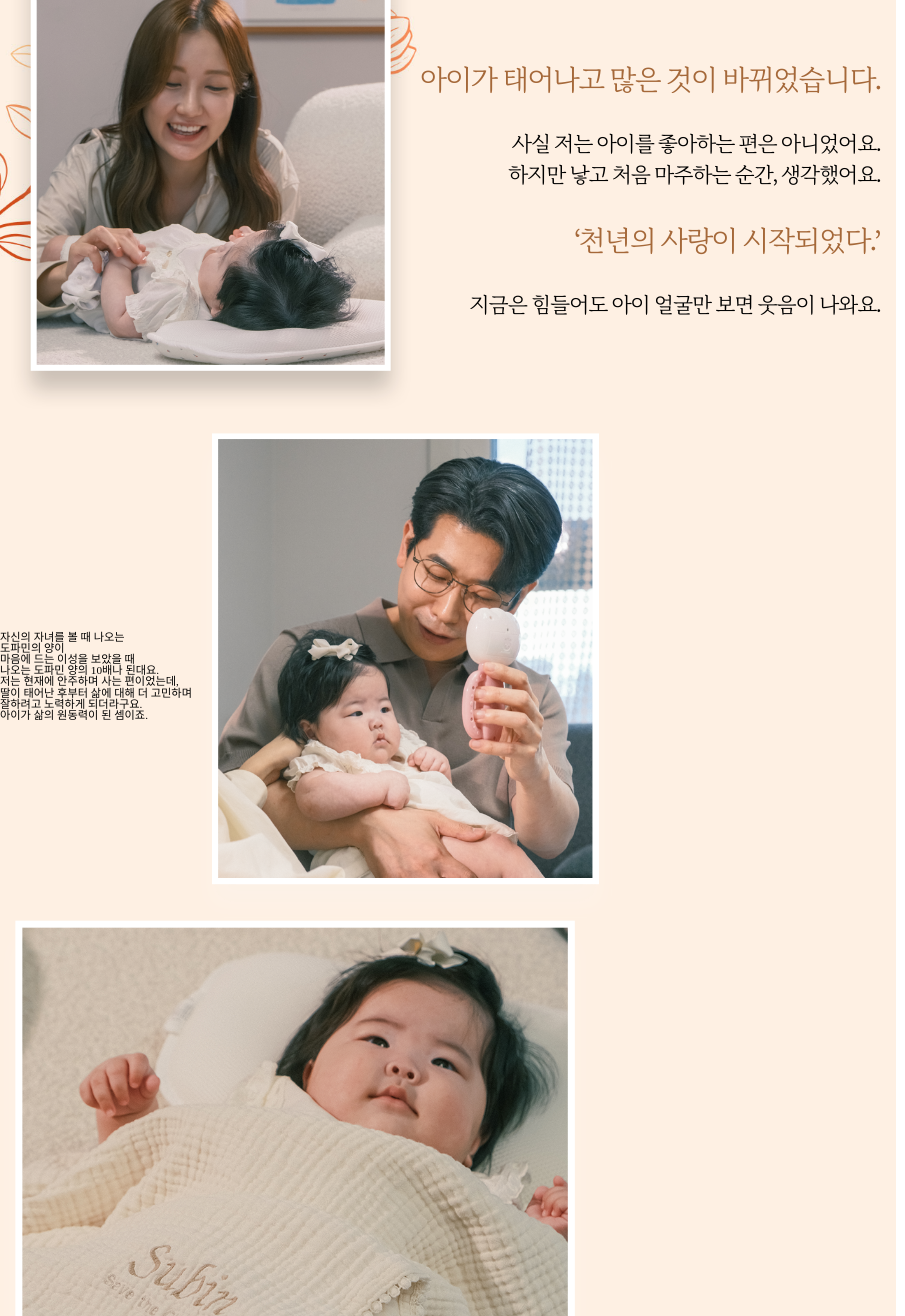
Repository: dlgywls1130/saveTheChildren
Page: index.html
An editor plug-in stored every save of this project. The page is shown before and after the next save, followed by the edit.
The browser window is 1280 px wide. The page is 1293 px wide, so the pictures cover 1293 px, including what lies to the right of the window. The pictures show the part of the page from y = 3233 to 5113 px (the page is 10384 px tall), at 70% of full size.
Some web fonts or font styles are not loaded; a fallback is used. The style sheet was rebuilt from its Sass, Less or Tailwind sources for each picture, by a compiler version that may differ from the author's.

Above is the page before, as saved 2024-11-01 22:31:42.

### index.html
<!DOCTYPE html>
<html lang="en">
<head>
    <meta charset="UTF-8">
    <meta name="viewport" content="width=device-width, initial-scale=1.0">
    <title>Document</title>

    <link rel="stylesheet" href="./css/common.css">
</head>
<body>

    <!-- main -->
    <section class="main_container">
        <div class="container">
            <div class="logo_title mb-60">
                <img src="./images/logo.png" alt="logo">
                <p>우리 아기 좋은 날 기부</p>
            </div>

            <p class="sub_title mb-30">
                의사 오진승, 아나운서 김도연 가족과 함께하는
            </p>

            <h2 class="mb-50">우리 아기<br>좋은 날 일기</h2>

            <p class="sub_span_text mb-40">
                여러분은 자녀의 소중한 순간을<br>
                어떻게 기념 하시나요?
            </p>

            <p class="sub_descript mb-60">
                보통 사진을 찍고 영상을 남기는 분들이 많으실 거에요. <br>
                <span>소중한 날을 특별하게 기념하는 방법</span>을<br>
                소개해드릴게요
            </p>

            <a href="#" class="record_btn">
                <img src="/images/pencle.png" alt="pencle">
                <p>우리 아기 좋은 날 기록하기</p>
            </a>
        </div>
    </section>

    <!-- 스토리섹션 -->

    <section class="story_section">
        <div class="container py-150">

            <!-- 영상 -->
            <div class="video_container mb-150">
                <video></video>
            </div>

            <div class="story_01">
                <p class="s01 mb-70">
                    “유튜브 <닥터프렌즈>를 운영하는 정신과 전문의 오진승,
                    <br>KBS 전 아나운서, 현 프리랜서 방송인 김도연입니다.
                </p>

                <p class="s01_1 mb-70">
                    세이브더칠드런과는 자립지원아동들과 미혼모가정을 위해
                    <br>기부하며 인연을 이어오고 있습니다.
                </p>

                <p class="s01_2 mb-70">
                    지난 4월, 첫 딸 수빈이가 저희에게 찾아와 주었어요.”
                </p>

                <img src="/images/s1_1.png" alt="story">
            </div>


            <div class="story_02">
                <div class="story_02_01">
                    <div class="story_image">
                        <img src="/images/s2_1.png" alt="stroy">
                    </div>
                    <div class="story_text-contain">
                        <p class="story_text_01 mb-50">
                            아이가 태어나고 많은 것이 바뀌었습니다.
                        </p>
                        <p class="story_text_02 mb-50">
                            사실 저는 아이를 좋아하는 편은 아니었어요.
                            <br>하지만 낳고 처음 마주하는 순간, 생각했어요.
                        </p>
                        <p class="story_text_03 mb-50">
                            ‘천년의 사랑이 시작되었다.’
                        </p>

                        <p class="story_text_04">
                            지금은 힘들어도 아이 얼굴만 보면 웃음이 나와요.
                        </p>
                    </div>


                </div>
            </div>

            <div class="story_03">
                <div class="story_03_01">
                    <div class="story_text-contain">
                        <p class="story_text_01">
                            자신의 자녀를 볼 때 나오는
                            <br>도파민의 양이
                            <br>마음에 드는 이성을 보았을 때
                            <br>나오는 도파민 양의 10배나 된대요.
                        </p>
                        <p class="story_text_02">
                            저는 현재에 안주하며 사는 편이었는데,
                            <br>딸이 태어난 후부터 삶에 대해 더 고민하며
                            <br>잘하려고 노력하게 되더라구요.
                        </p>
                        <p class="story_text_03">
                            아이가 삶의 원동력이 된 셈이죠.
                        </p>

                    </div>

                    <div class="story_image">
                        <img src="/images/s3_1.png" alt="stroy">
                    </div>



                </div>
            </div>

            <div class="story_04">
                <div class="story04_01">

                    <div class="story_image">
                        <img src="/images/s4_1.png" alt="stroy">
                    </div>

                    <div class="story_text-contain">
                        <p class="story_text_01">
                            요즘은 수빈이와 함께
                            <br>놀이터 갈 날을
                            <br>손꼽아 기다리고 있어요.
                        </p>
                        <p class="story_text_02">
                            아직 말귀도 못 알아듣는 아이한테
                            <br>“너 언제 커서 아빠랑 놀이터 갈래?”
                            <br>묻고는 하죠.
                        </p>

                    </div>

                </div>

                <div class="story04_02">

                    <div class="story_text-contain">
                        <p class="story_text_01">
                            한편으로는 아이를 정신없이 키우다 보니
                            <br>탄생의 순간이 희미해지고 있었어요.
                        </p>
                        <p class="story_text_02">
                            우리 아기 좋은 날 캠페인에 참여해서
                            <br>직접 <span>기념일 이야기를 담은 후원감사증서</span>를 받아보니,
                            <br>그때 생각이 나서 너무 좋았어요.
                        </p>

                    </div>

                    <div class="story_image">
                        <img src="/images/s4_2.png" alt="stroy">
                    </div>

                </div>
            </div>

            <div class="story_05">
                <div class="story_05_01">
                    <div class="img_story">
                        <img src="/images/s5_1.png">
                    </div>
                    <div class="story_text">
                        “아이가 건강하게 발달단계를 해내는
                        <br>소중한 순간에 기부를 하면
                        <br>수빈이가 더 건강하고,행복하게
                        <br>자라게 되지 않을까요?
                        <br>
                        <br>소중한 순간마다 기부하고
                        <br>앨범처럼 남겨서 보여주면
                        <br>자랑스러운 부모가 될 것 같아요”
                    </div>
                </div>

                <div class="story_05_02">

                    <div class="story_text">
                        “저는 칭찬 받거나 스스로에게 자부심을
                        <br>느낀 순간은 오래 기억된다고 생각해요.
                        <br>
                        <br>내 아이에게 ‘네가 첫 양치질을 잘 해낸
                        <br>기념으로  다른 친구를 도왔어.’ 라고
                        <br>말해준다면 그 뿌듯함을 밑거름으로
                        <br>자기 자신과 다른 사람 모두 사랑할 수 있는
                        <br>아이로 성장하지 않을까요?”
                    </div>

                    <div class="img_story">
                        <img src="/images/s5_2.png">
                    </div>

                </div>


                <div class="middle_cotain">
                    <p>첫 걸음마, 첫돌, 처음 엄마 아빠를 부른 날, 처음 비를 맞아본 날,
                    처음 놀이터에 간 날, 그 소중한 순간을 기부로 기록해 보세요.</p>

                    <p>후원해주신 모든 분들께 직접 작성한 기념일 이야기가 담긴 <span>후원감사증서</span>를 드리며,
                    30만원 이상 후원해 주신 분들께는 이름을 수놓은 <span>순면거즈블랭킷</span>을 증정하고 있습니다. </p>

                    <div class="middle_image">
                        <div class="middel_left">
                            <img src="/images/s6_1.png">
                        </div>
                        <div class="middel_right">
                            <img src="/images/s6_2.png">
                        </div>

                        <img src="" class="float_image">
                    </div>


                    <a href="#" class="record_btn">
                        <img src="/images/pencle.png" alt="pencle">
                        <p>우리 아기 좋은 날 기록하기</p>
                    </a>
                </div>



            </div>

        </div>


    </section>

    <!-- 후원신청 과정 -->

    <section class="sponsor_section">
        <div class="container">

            <div class="sponsor-container">
                <h2>후원신청 과정</h2>

                <div class="sponsor_list">
                    <div class="sponsor_list_inner">
                        <div class="list-inner-img">
                            <img src="">
                        </div>
                        <p>후원신청하기</p>

                    </div>
                    <span class="arrow-img"><img src=""></span>
                    <div class="sponsor_list_inner">
                        <div class="list-inner-img">
                            <img src="">
                        </div>
                        <p>후원감사증서<br>메시지 적기</p>

                    </div>
                    <span class="arrow-img"><img src=""></span>
                    <div class="sponsor_list_inner">
                        <div class="list-inner-img">
                            <img src="">
                        </div>
                        <p>신청완료</p>

                    </div>
                    <span class="arrow-img"><img src=""></span>
                    <div class="sponsor_list_inner">
                        <div class="list-inner-img">
                            <img src="">
                        </div>
                        <p>후원감사증서 발송<br>(1주일이내)</p>

                    </div>
                </div>

                <p class="info-span">30만원 이상 후원자 분들께는 순면거즈블랭킷 제작을 위한 문자가 별도 발송됩니다. (후원 2-3일 이내)</p>
            </div>


            <div class="sponsor-inner">
                <h2>후원금, 이렇게 쓰여요!</h2>

                <p>
                    세이브더칠드런은 국내외 아동을 대상으로
                    생계지원, 의료지원,  영유아용품지원, 재해재난 상황에서의
                    긴급구호 등의 활동을 진행하고 있습니다.

                    보내주신 후원금은 정치, 종교, 인종에 관계없이
                    모든 아이들을 구해야 한다는  세이브더칠드런의 신념에 따라
                    가장 도움 필요한 아이를 위해 우선 사용됩니다.

                </p>

                <img src="/images/baby.png">
            </div>
        </div>

    </section>

    <!-- faq -->
    <section class="faq_section">
        <div class="container">
            <h2>FAQ</h2>

            <ul class="faq_list">
                <li>
                    <div class="faq_question">
                        <img src="/images/leaves.png">
                        <p>30만원 이상 후원했습니다. 거즈 순면 블랭킷은 언제 오나요?</p>
                    </div>
                    <div class="faq_answer">
                        우리 아기 좋은 날 기부로 30만원 이상 후원자님들께는 담요에 수놓을 아기 이름과 선물 수령 주소
                        확인을 위한 문자가 발송됩니다. 02-6900-4479로 발송되는 문자 속 설문조사에 답해주세요.
                        확인을 완료하신 분들께는 블랭킷 제작을 담당하고 있는 조니 스튜디오에서 아기 이름 자수
                        작업 완료 후 배송해 드립니다.

                    </div>
                </li>
                <li>
                    <div class="faq_question">
                        <img src="/images/leaves.png">
                        <p>순면 거즈 블랭킷, 안전한 제품인가요? </p>
                    </div>
                    <div class="faq_answer">
                        본 블랭킷은 워싱된 3중 거즈로 제작되었으며, KC안전검사를 완료하였습니다.
                        소재 특성상 섬유 조각이 발생할 수 있어 망에 넣지 않고 3번 정도 물빨래 하시는 것을 권장합니다.

                    </div>
                </li>
                <li>
                    <div class="faq_question">
                        <img src="/images/leaves.png">
                        <p>순면 거즈 블랭킷을 받았는 데 하자가 있어요. 어떻게 해야 하나요? </p>
                    </div>
                    <div class="faq_answer">
                        물품에 동봉된 조니스튜디오 연락처로 연락 부탁드립니다. 하자 물품에 대한 교환은 수령일로부터
                        7일 이내에 조니스튜디오에 연락해주셔야 하며, 이로 인한 후원금 환불은 어렵습니다.

                    </div>
                </li>
                <li>
                    <div class="faq_question">
                        <img src="/images/leaves.png">
                        <p>후원감사증서에 넣을 수 있는 사진 사이즈는 얼마인가요?</p>
                    </div>
                    <div class="faq_answer">
                        사진 인화 사이즈 5*7 인치에 맞추어서 제작되었습니다.  그보다 작은 사진일 경우,
                        후원감사증서  내부의 주머니에 넣어 보관하실 수도  있습니다.

                    </div>
                </li>
            </ul>
        </div>
    </section>
</body>
</html>

### css/common.scss
// Reset CSS
@mixin reset {

    html,
    body,
    div,
    span,
    applet,
    object,
    iframe,
    h1,
    h2,
    h3,
    h4,
    h5,
    h6,
    p,
    blockquote,
    pre,
    a,
    abbr,
    acronym,
    address,
    big,
    cite,
    code,
    del,
    dfn,
    em,
    img,
    ins,
    kbd,
    q,
    s,
    samp,
    small,
    strike,
    strong,
    sub,
    sup,
    tt,
    var,
    b,
    u,
    i,
    center,
    dl,
    dt,
    dd,
    ol,
    ul,
    li,
    fieldset,
    form,
    label,
    legend,
    table,
    caption,
    tbody,
    tfoot,
    thead,
    tr,
    th,
    td,
    article,
    aside,
    canvas,
    details,
    embed,
    figure,
    figcaption,
    footer,
    header,
    hgroup,
    menu,
    nav,
    output,
    ruby,
    section,
    summary,
    time,
    mark,
    audio,
    video {
        margin: 0;
        padding: 0;
        border: 0;
        font-size: 100%;
        font: inherit;
        vertical-align: baseline;
    }

    /* HTML5 display-role reset for older browsers */
    article,
    aside,
    details,
    figcaption,
    figure,
    footer,
    header,
    hgroup,
    menu,
    nav,
    section {
        display: block;
    }

    body {
        line-height: 1;
    }

    ol,
    ul {
        list-style: none;
    }

    blockquote,
    q {
        quotes: none;

        &:before,
        &:after {
            content: '';
            content: none;
        }
    }

    table {
        border-collapse: collapse;
        border-spacing: 0;
    }
}


$font-path: '../fonts/';


$font-weights: (
    'regular': 400,
    'medium': 500,
    'semi-bold':600,
    'bold': 700,
    'extra-bold': 800,
);


// 폰트 패밀리 변수 설정
$font-families: (
  'maru': ('MaruBuri', serif),
  'nanum': ('NanumSquare', sans-serif),
  'nanum-neo': ('NanumSquare Neo', sans-serif),
  'okgung': ('OKGUNG', serif)
);


// MaruBuri 폰트
@font-face {
  font-family: 'MaruBuri';
  font-weight: 400;
  font-style: normal;
  font-display: swap;
  src: url('#{$font-path}MaruBuri-Regular.woff2') format('woff2'),
       url('#{$font-path}MaruBuri-Regular.ttf') format('truetype');
}

// NanumSquare 폰트군
@font-face {
  font-family: 'NanumSquare';
  font-weight: 400;
  font-style: normal;
  font-display: swap;
  src: url('#{$font-path}NANUMSQUAREB.TTF') format('truetype'),
       url('#{$font-path}NANUMSQUAREL.TTF') format('truetype');
}

// NanumSquare Neo
@font-face {
    font-family: 'NanumSquare';
    font-weight: map-get($font-weights, 'regular');
    font-style: normal;
    font-display: swap;
    src: url('#{$font-path}NANUMSQUAREL.TTF') format('truetype');
}

@font-face {
    font-family: 'NanumSquare';
    font-weight: map-get($font-weights, 'medium');
    font-style: normal;
    font-display: swap;
    src: url('#{$font-path}NANUMSQUAREM.TTF') format('truetype');
}

@font-face {
    font-family: 'NanumSquare';
    font-weight: map-get($font-weights, 'semi-bold');
    font-style: normal;
    font-display: swap;
    src: url('#{$font-path}NANUMSQUARESB.TTF') format('truetype');
}

@font-face {
    font-family: 'NanumSquare';
    font-weight: map-get($font-weights, 'bold');
    font-style: normal;
    font-display: swap;
    src: url('#{$font-path}NANUMSQUARB.TTF') format('truetype');
}

@font-face {
    font-family: 'NanumSquare';
    font-weight: map-get($font-weights, 'extra-bold');
    font-style: normal;
    font-display: swap;
    src: url('#{$font-path}NANUMSQUAREB.TTF') format('truetype');
}

// OKGUNG 폰트
@font-face {
  font-family: 'OKGUNG';
  font-weight: normal;
  font-style: normal;
  font-display: swap;
  src: url('#{$font-path}OKGUNG.woff2') format('woff2'),
       url('#{$font-path}OKGUNG.ttf') format('truetype');
}

@mixin font($family, $size: 16px, $weight: 400) {
    font-family: map-get($font-families, $family);
    font-size: $size;
    font-weight: $weight;
  }





// Container
$container-width: 1315px;

// Colors
$colors: (
    'gray': #535353,
    'black': #020202,
    'brown': #665f5a,
    'teal': #00b2a9,
    'red': #ea4120,
    'bronze': #a56839,
    'olive': #727464,
    'sage': #858770
);


$spacing: (
    '30': 30px,
    '40': 40px,
    '50': 50px,
    '60': 60px,
    '70': 70px,
    '75': 75px,
    '80': 80px,
    '100': 100px,
    '150': 150px,
    '200': 200px,
);

$directions: (
    'p': padding,
    'm': margin
);

$sides: (
    't': top,
    'b': bottom,
    'l': left,
    'r': right,
    'x': (left, right),
    'y': (top, bottom)
);

@each $direction-key, $direction-value in $directions {
    @each $side-key, $side-value in $sides {
        @each $space-key, $space-value in $spacing {
            // 단일 방향
            @if type-of($side-value) == string {
                .#{$direction-key}#{$side-key}-#{$space-key} {
                    #{$direction-value}-#{$side-value}: $space-value;
                }
            }
            // x, y 축 방향
            @else if type-of($side-value) == list {
                .#{$direction-key}#{$side-key}-#{$space-key} {
                    @each $side in $side-value {
                        #{$direction-value}-#{$side}: $space-value;
                    }
                }
            }
        }
    }
}
// Container Mixin
@mixin container {
    max-width: $container-width;
    margin: 0 auto;
    width: 100%;
}

// Apply Reset
@include reset;


// Base Container
.container {
    @include container;
}

// main

.main_container {
    background: url('/images/main_bg.jpg') no-repeat;
    width: 100vw;
    height: 100vh;
    background-size: cover;
    background-position: center;

    .container {
        display: flex;
        flex-direction: column;
        justify-content: flex-end;
        height: 100%;
        padding: 90px 0;
        box-sizing: border-box;
        .logo_title{
            display: flex;
            align-items: center;
            gap: 10px;
            img{
                width: 218px;
                height: auto;
            }

            p{
                color: #fff;
                font-size: 20px;
                background: url('/images/main_banner.png') no-repeat;
                border-radius: 5px;
                display: flex;
                align-items: center;
                justify-content: center;
                width: 188px;
                height: 33px;
                letter-spacing: -0.06em;
            }

        }

        .sub_title{
            letter-spacing: -0.03em;
            color: map-get($colors, 'brown');
            @include font('nanum', 30px, map-get($font-weights, 'bold'));
        }

        h2{
            line-height: 100px;
            letter-spacing: -0.03em;
            color: map-get($colors, 'black');
            @include font('okgung', 90px, map-get($font-weights, 'regular'));
        }

        .sub_span_text{
            color: map-get($colors, 'brown');
            letter-spacing: -0.03em;
            line-height: 35px;
            @include font('nanum-neo', 25px, map-get($font-weights, 'extra-bold'));
        }

        .sub_descript{
            line-height: 35px;
            letter-spacing: -0.03em;
            color: map-get($colors, 'brown');
            @include font('nanum-neo', 25px, map-get($font-weights, 'regular'));
            span{
                font-weight: 800;
            }
        }

        .record_btn{
            background-color: map-get($colors, 'teal' );
            border-radius: 30px;
            width: 374px;
            min-height: 60px;
            display: flex;
            align-items: center;
            justify-content: center;
            gap: 10px;
            text-decoration: none;
            box-sizing: border-box;
            img{
                width: 30px;
                height: 30px;
                display: block;
            }

            p{
                display: block;
                color: #fff;
                @include font('nanum-neo', 25px, map-get($font-weights, 'extra-bold'));
            }
        }
    }
}



// story

.story_section{
    background: url('/images/story_bg.jpg') no-repeat;
    width: 100vw;
    height: 100%;
    .container{
        .video_container {
            width: 100%;
            height: 782px;  // 원하는 높이
            background-color: #000;
            display: flex;
            align-items: center;
            justify-content: center;
        }

        .story_01{
            .s01{
                @include font('maru', 30px, map-get($font-weights, 'regular'));
                color: #000;
                line-height: 45px;
                letter-spacing: -0.06em;
                text-align: center;
            }

            .s01_1{
                @include font('maru', 30px, map-get($font-weights, 'regular'));
                color: map-get($colors, 'red');
                text-align: center;
                line-height: 45px;
                letter-spacing: -0.06em;
            }

            .s01_2{
                @include font('maru', 30px, map-get($font-weights, 'regular'));
                color: #000;
                line-height: 45px;
                letter-spacing: -0.06em;
                text-align: center;
            }
        }

        .story_02{
            .story_02_01{
                display: flex;
                align-items: center;

                .story_image{
                    width: 600px;
                    height: auto;
                    img{
                        width: 100%;
                        height: 100%;

                    }
                }

                .story_text-contain{


                    .story_text_01{
                        text-align: right;
                        line-height: 40px;
                        letter-spacing: -0.06em;
                        color: map-get($colors, 'bronze' );
                        @include font('maru', 40px, map-get($font-weights, 'regular'));
                    }

                    .story_text_02{
                        text-align: right;
                        line-height: 45px;
                        letter-spacing: -0.06em;
                        color: #000;
                        @include font('maru', 30px, map-get($font-weights, 'regular'));
                    }

                    .story_text_03{
                        text-align: right;
                        line-height: 40px;
                        letter-spacing: -0.06em;
                        color: map-get($colors, 'bronze' );
                        @include font('maru', 40px, map-get($font-weights, 'regular'));
                    }

                    .story_text_04{
                        text-align: right;
                        line-height: 45px;
                        letter-spacing: -0.06em;
                        color: #000;
                        @include font('maru', 30px, map-get($font-weights, 'regular'));
                    }

                }
            }
        }

        .story_03{
            .story_03_01{
                display: flex;
                align-items: center;

                .story_image{
                    width: 600px;
                    height: auto;
                    img{
                        width: 100%;
                        height: 100%;

                    }
                }
            }
        }
    }
}

After the next save:
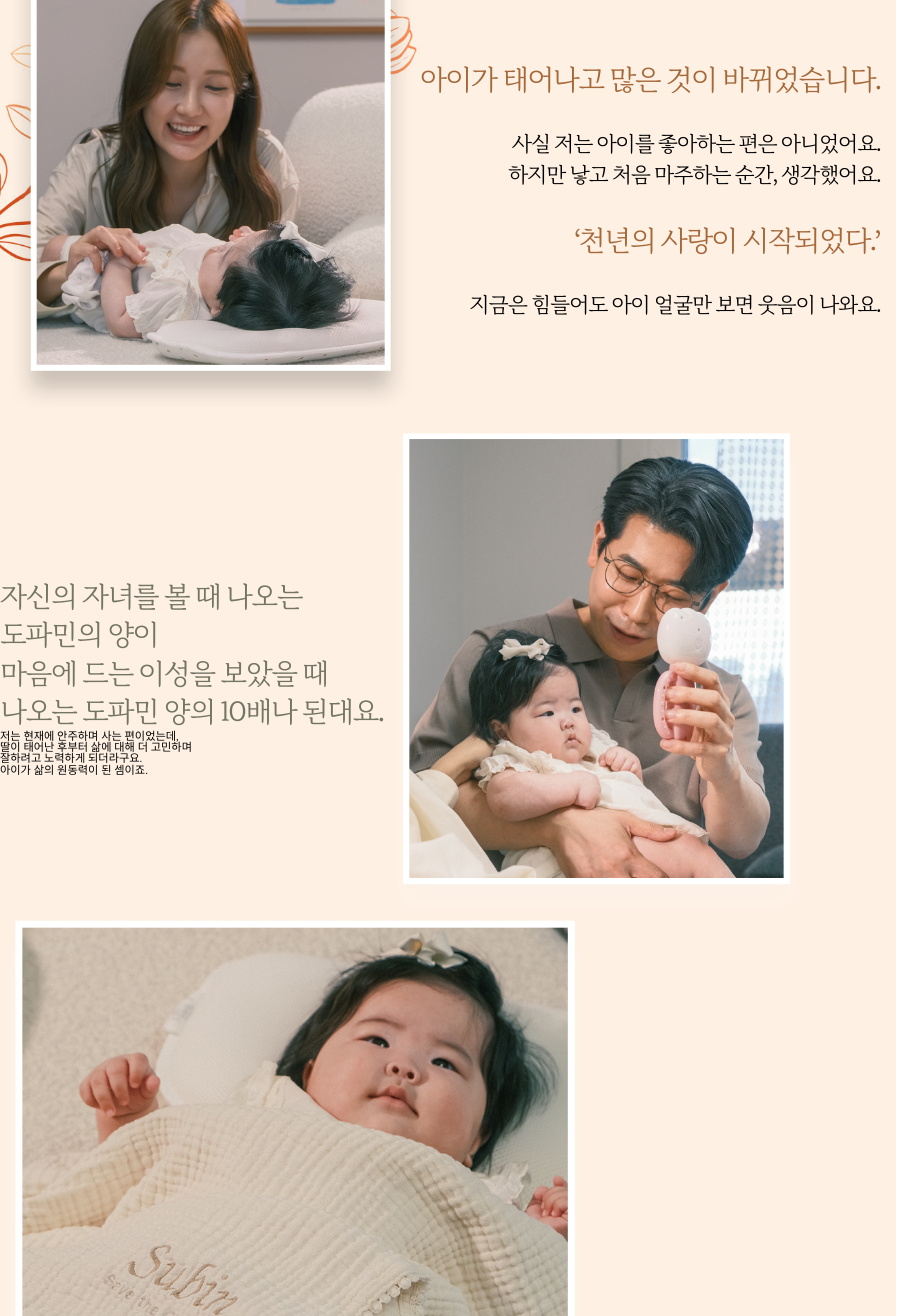
Saved 87 s later.
--- a/css/common.scss
+++ b/css/common.scss
@@ -521,7 +521,25 @@ $sides: (
 
                     }
                 }
-            }
-        }
-    }
-}
+
+                .story_text-contain{
+                    .story_text_01{
+                        text-align: left;
+                        line-height: 55px;
+                        letter-spacing: -0.06em;
+                        color: map-get($colors, 'olive' );
+                        @include font('maru', 40px, map-get($font-weights, 'regular'));
+                    }
+
+                    .story_text_02{
+
+                    }
+
+                    .story_text_03{
+
+                    }
+                }
+            }
+        }
+    }
+}
